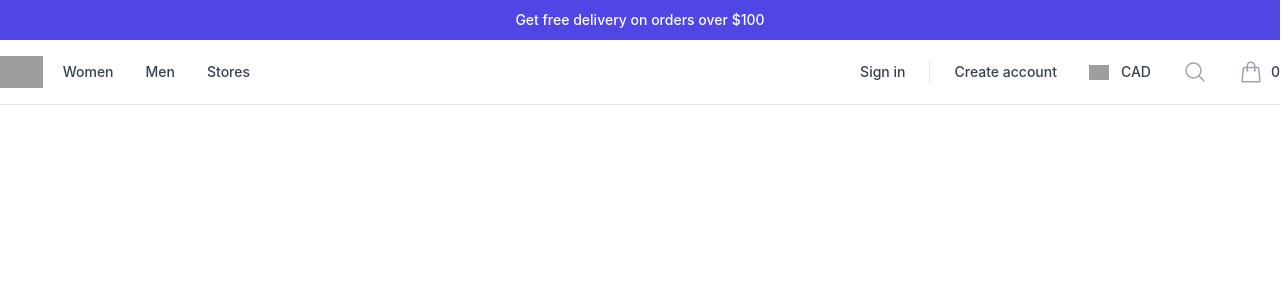
Repository: mehedi9465/Maiden_Wears
Page: /men
An editor plug-in stored every save of this project. The page is shown before and after the next save, followed by the edit.
The browser window is 1280 px wide. The page is 1288 px wide, so the pictures cover 1288 px, including what lies to the right of the window. The pictures show the whole page.
Pictures or frames that could not be fetched are drawn as grey boxes. The page's requests for data from a server got no answer. The project was rebuilt for these pictures with package versions that can differ from the ones it lists, and the page was loaded fresh each time. No one was signed in, and anything a server would have sent is missing. Also part of the build but not shown: src/Components/Home/Promo/Promo.js, src/Components/Home/NewArrivals/NewArrivals.js, src/Components/Home/Brands/Brands.js, src/Components/Home/Home/Home.js, src/Components/Authentication/Login/Login.js, src/Components/Authentication/Register/Register.js.

Above is the page before, as saved 2022-12-30 16:44:50.

After the next save:
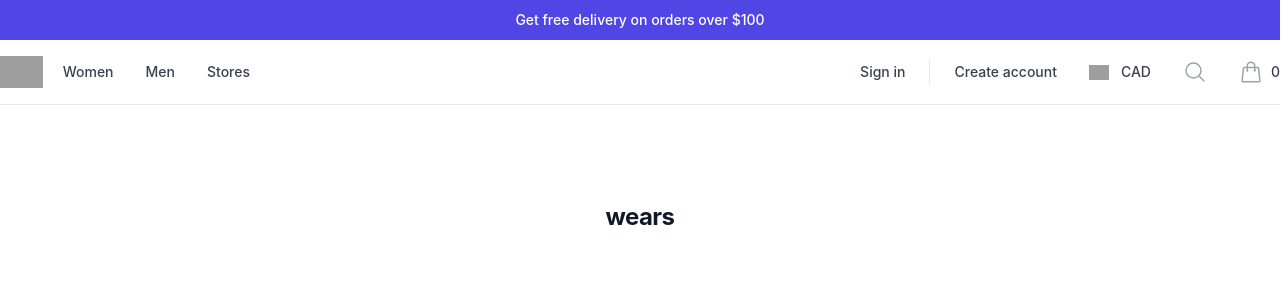
Saved 4 s later.
--- a/src/Components/Products/Products.js
+++ b/src/Components/Products/Products.js
@@ -31,7 +31,7 @@ const Products = () => {
     <div className="bg-white container mx-auto">
       <div className="mx-auto max-w-2xl py-16 px-4 sm:py-24 sm:px-6 lg:max-w-7xl lg:px-8">
         <h2 className="text-2xl font-bold tracking-tight text-gray-900">
-          {<p>{ routeId }</p>}
+          {<p>{ routeId } wears</p>}
         </h2>
 
         <div className="mt-6 grid grid-cols-1 gap-y-10 gap-x-6 sm:grid-cols-2 lg:grid-cols-4 xl:gap-x-8">
